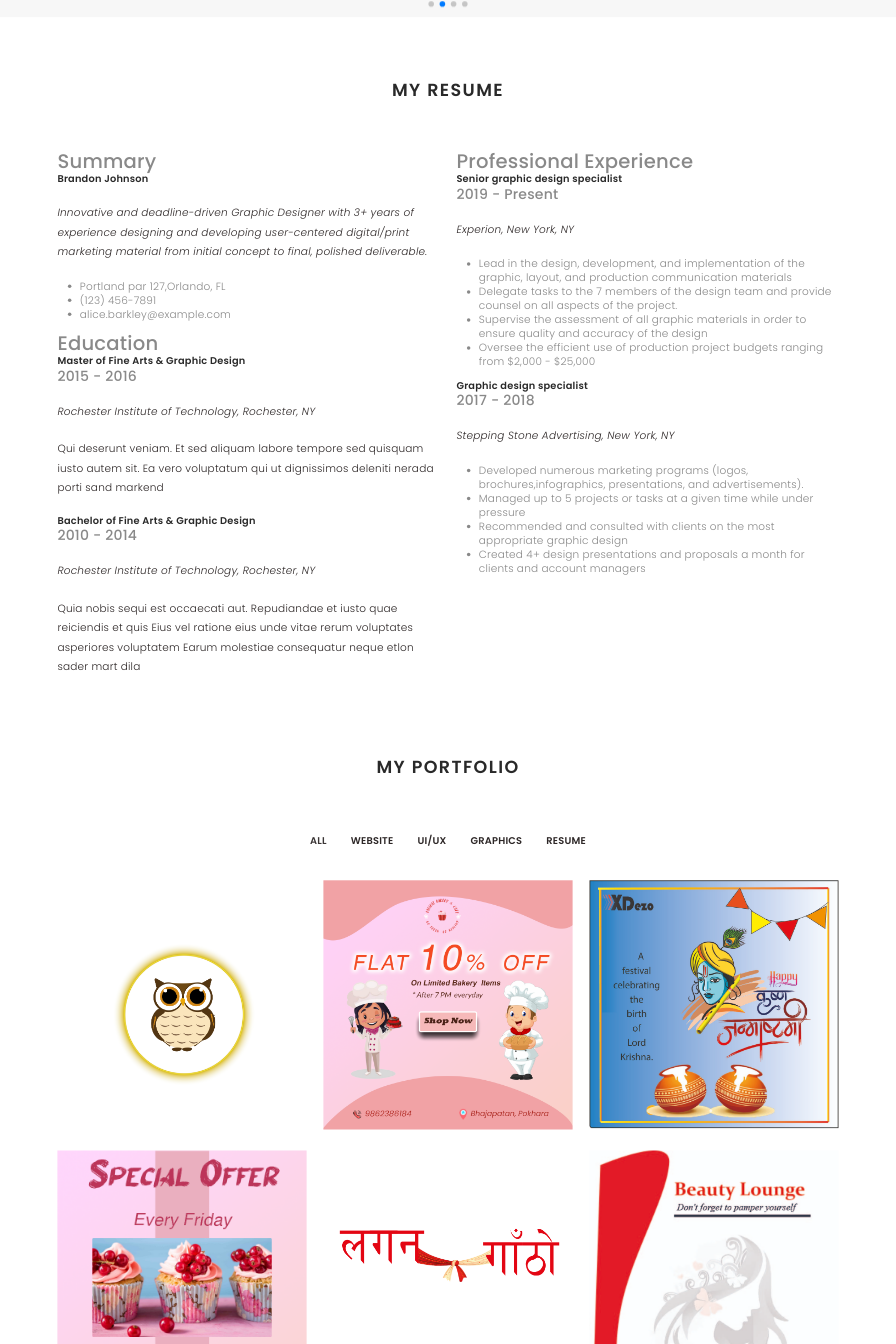
Repository: sandhya8109/portfolio
Page: index.html
These files come from the project's save history. The page is drawn as it stood at one moment and after the next save; the edit follows.
The browser window is 1280 px wide. The pictures show the part of the page from y = 1591 to 3511 px (the page is 5347 px tall before and 5220 px after), at 70% of full size.
Some web fonts or font styles are not loaded; a fallback is used.

Above is the page before, as saved 2023-11-20 19:50:48.

### index.html
<!DOCTYPE html>
<html lang="en">

<head>
  <meta charset="utf-8">
  <meta content="width=device-width, initial-scale=1.0" name="viewport">

  <title>Sandhya's portfolio</title>
  <meta content="" name="description">
  <meta content="" name="keywords">

  <!-- Favicons -->
  <link href="assets/img/logo.png" rel="icon">
  <link href="assets/img/apple-touch-icon.png" rel="apple-touch-icon">

  <!-- Google Fonts -->
  <link href="https://fonts.googleapis.com/css?family=Poppins:300,300i,400,400i,500,500i,600,600i,700,700i|Playfair+Display:400,400i,500,500i,600,600i,700,700i,900,900i" rel="stylesheet">

  <!-- Vendor CSS Files -->
  <link href="assets/vendor/bootstrap/css/bootstrap.min.css" rel="stylesheet">
  <link href="assets/vendor/bootstrap-icons/bootstrap-icons.css" rel="stylesheet">
  <link href="assets/vendor/boxicons/css/boxicons.min.css" rel="stylesheet">
  <link href="assets/vendor/glightbox/css/glightbox.min.css" rel="stylesheet">
  <link href="assets/vendor/swiper/swiper-bundle.min.css" rel="stylesheet">

  <!-- Template Main CSS File -->
  <link href="assets/css/style.css" rel="stylesheet">
</head>

<body>

  <!-- ======= Header ======= -->
  <header id="header" class="fixed-top ">
    <div class="container d-flex align-items-center justify-content-between">

      <a href="index.html" class="logo"><img src="assets/img/logo.png" alt="" class="img-fluid"></a>
      <!-- Uncomment below if you prefer to use an text logo -->
      <!-- <h1 class="logo"><a href="index.html">Sandy Portfolio</a></h1> -->

      <nav id="navbar" class="navbar">
        <ul>
          <li><a class="nav-link scrollto active" href="#hero">Home</a></li>
          <li><a class="nav-link scrollto" href="#about">About</a></li>
          <li><a class="nav-link  scrollto" href="#portfolio">Portfolio</a></li>
          <li><a class="nav-link  scrollto" href="#journal">Blog</a></li>
          <li><a class="nav-link scrollto" href="#resume">Resume</a></li>
          <li class="dropdown"><a href="#"><span>Resume</span> <i class="bi bi-chevron-down"></i></a>
            <ul>
              <li><a href="#">Resume</a></li>
              <li class="dropdown"><a href="#"><span>Deep Drop Down</span> <i class="bi bi-chevron-right"></i></a>
                <ul>
                  <li><a href="#">Deep Drop Down 1</a></li>
                  <li><a href="#">Deep Drop Down 2</a></li>
                  <li><a href="#">Deep Drop Down 3</a></li>
                  <li><a href="#">Deep Drop Down 4</a></li>
                  <li><a href="#">Deep Drop Down 5</a></li>
                </ul>
              </li>
              <li><a href="#">Drop Down 2</a></li>
              <li><a href="#">Drop Down 3</a></li>
              <li><a href="#">Drop Down 4</a></li>
            </ul>
          </li>
          <li><a class="nav-link scrollto" href="#contact">Contact</a></li>
        </ul>
        <i class="bi bi-list mobile-nav-toggle"></i>
      </nav><!-- .navbar -->

    </div>
  </header><!-- End Header -->

  <!-- ======= Hero Section ======= -->
  <div id="hero" class="home">

    <div class="container">
      <div class="hero-content">
        <h1>I'm  <span class="typed" data-typed-items="Sandhya Rimal, Web Developer,UI/UX Designer, Digital Marketer,Graphics Designer, Transcriber"></span></h1>
        <p>Web Developer, UI/UX Designer, Digital Marketer, Graphics Designer, Transcriber</p>

        <ul class="list-unstyled list-social">
          <li><a href="https://www.facebook.com/sandhya809/"><i class="bi bi-facebook"></i></a></li>
          <li><a href="https://github.com/sandhya8109"><i class="bi bi-github"></i></a></li>
          <li><a href="https://www.instagram.com/8109_sandy/"><i class="bi bi-instagram"></i></a></li>
          <li><a href="https://www.linkedin.com/in/sandhya-rimal-7470601b7/"><i class="bi bi-linkedin"></i></a></li>
        </ul>
      </div>
    </div>
  </div><!-- End Hero -->

  <main id="main">

    <!-- ======= About Section ======= -->
    <div id="about" class="paddsection">
      <div class="container">
        <div class="row justify-content-between">

          <div class="col-lg-4 ">
            <div class="div-img-bg">
              <div class="about-img">
                <img src="assets/img/me.jpg" class="img-responsive" alt="me">
              </div>
            </div>
          </div>

          <div class="col-lg-7">
            <div class="about-descr">

              <h2>About Me </h2>
              <p class="separator">Welcome to my portfolio! I am Sandhya Rimal, a versatile professional skilled in Web Development, Digital Marketing, UI/UX Design, Transcription, and Graphics Design. Based in Pokhara, I have a passion for crafting engaging digital experiences and delivering high-quality services to clients from various industries.</p>

            </div>

          </div>
        </div>
      </div>
    </div><!-- End About Section -->


    <!-- ======= Services Section ======= -->
    <div id="services">
      <div class="container">

        <div class="services-slider swiper" data-aos="fade-up" data-aos-delay="100">
          <div class="swiper-wrapper">

            <div class="swiper-slide">
              <div class="services-block">
                <i class="bi bi-briefcase"></i>
                <span>UI/UX DESIGN</span>
                <p class="separator">
                  Seamless UX/UI | Stunning interfaces | User-centric designs | Aesthetic & functional balance | Keen eye for detail.</p>
              </div>
            </div><!-- End testimonial item -->

            <div class="swiper-slide">
              <div class="services-block">
                <i class="bi bi-card-checklist"></i>
                <span>Web Development</span>
                <p class="separator">
                  Experienced Web Developer skilled in Wordpress, HTML, CSS, JavaScript, PHP and frameworks. Creates user-friendly, captivating websites for clients' unique needs.</p>
              </div>
                           </div><!-- End testimonial item -->
            <div class="swiper-slide">
              <div class="services-block">
                <i class="bi bi-bar-chart"></i>
                <span>Digital Marketing</span>
                <p class="separator">
                  Data-driven marketer | Boost brand visibility | Lead generation | Conversion optimization | SEO, social media, content expert.</p>
              </div>
            </div><!-- End testimonial item -->
            <div class="swiper-slide">
              <div class="services-block">
                <i class="bi bi-binoculars"></i>
                <span>Graphics Designing</span>
                <p class="separator">
                  Boundless creativity | Branding, logos, marketing | Eye-catching social media | Industry-leading tools | Idea to reality.</p>
              </div>
                            </div><!-- End testimonial item -->

            </div><!-- End testimonial item -->



          </div>
          <div class="swiper-pagination"></div>
        </div>

      </div>

    </div><!-- End Services Section -->
    <div id="resume" class="paddsection">

      <div class="container">
        <div class="section-title text-center">
          <h2>My Resume</h2>
        </div>
      </div>
      <div class="container aos-init aos-animate" data-aos="fade-up">



        <div class="row">
          <div class="col-lg-6">
            <h3 class="resume-title">Summary</h3>
            <div class="resume-item pb-0">
              <h4>Brandon Johnson</h4>
              <p><em>Innovative and deadline-driven Graphic Designer with 3+ years of experience designing and developing user-centered digital/print marketing material from initial concept to final, polished deliverable.</em></p>
              <ul>
                <li>Portland par 127,Orlando, FL</li>
                <li>(123) 456-7891</li>
                <li>alice.barkley@example.com</li>
              </ul>
            </div>

            <h3 class="resume-title">Education</h3>
            <div class="resume-item">
              <h4>Master of Fine Arts &amp; Graphic Design</h4>
              <h5>2015 - 2016</h5>
              <p><em>Rochester Institute of Technology, Rochester, NY</em></p>
              <p>Qui deserunt veniam. Et sed aliquam labore tempore sed quisquam iusto autem sit. Ea vero voluptatum qui ut dignissimos deleniti nerada porti sand markend</p>
            </div>
            <div class="resume-item">
              <h4>Bachelor of Fine Arts &amp; Graphic Design</h4>
              <h5>2010 - 2014</h5>
              <p><em>Rochester Institute of Technology, Rochester, NY</em></p>
              <p>Quia nobis sequi est occaecati aut. Repudiandae et iusto quae reiciendis et quis Eius vel ratione eius unde vitae rerum voluptates asperiores voluptatem Earum molestiae consequatur neque etlon sader mart dila</p>
            </div>
          </div>
          <div class="col-lg-6">
            <h3 class="resume-title">Professional Experience</h3>
            <div class="resume-item">
              <h4>Senior graphic design specialist</h4>
              <h5>2019 - Present</h5>
              <p><em>Experion, New York, NY </em></p>
              <ul>
                <li>Lead in the design, development, and implementation of the graphic, layout, and production communication materials</li>
                <li>Delegate tasks to the 7 members of the design team and provide counsel on all aspects of the project. </li>
                <li>Supervise the assessment of all graphic materials in order to ensure quality and accuracy of the design</li>
                <li>Oversee the efficient use of production project budgets ranging from $2,000 - $25,000</li>
              </ul>
            </div>
            <div class="resume-item">
              <h4>Graphic design specialist</h4>
              <h5>2017 - 2018</h5>
              <p><em>Stepping Stone Advertising, New York, NY</em></p>
              <ul>
                <li>Developed numerous marketing programs (logos, brochures,infographics, presentations, and advertisements).</li>
                <li>Managed up to 5 projects or tasks at a given time while under pressure</li>
                <li>Recommended and consulted with clients on the most appropriate graphic design</li>
                <li>Created 4+ design presentations and proposals a month for clients and account managers</li>
              </ul>
            </div>
          </div>
        </div>

      </div>
    </section>
    <!-- ======= Portfolio Section ======= -->
    <div id="portfolio" class="paddsection">

      <div class="container">
        <div class="section-title text-center">
          <h2>My Portfolio</h2>
        </div>
      </div>

      <div class="container">

        <div class="row">
          <div class="col-lg-12 d-flex justify-content-center">
            <ul id="portfolio-flters">
              <li data-filter="*" class="filter-active">All</li>
              <li data-filter=".filter-app">Website</li>
              <li data-filter=".filter-card">UI/UX</li>
              <li data-filter=".filter-web">Graphics</li>
              <li data-filter=".filter-resume">Resume</li>
            </ul>
          </div>
        </div>

        <div class="row portfolio-container">

          <div class="col-lg-4 col-md-6 portfolio-item filter-app">
            <img src="assets/img/portfolio/owl.png" class="img-fluid" alt="">
            <div class="portfolio-info">
              <h4>Hope Ability</h4>
              <p>PHP</p>
              <a href="assets/img/portfolio/owl.png" data-gallery="portfolioGallery" class="portfolio-lightbox preview-link" title="App 1"><i class="bx bx-plus"></i></a>
              <a href="portfolio-details.html" class="details-link" title="More Details"><i class="bx bx-link"></i></a>
            </div>
          </div>

          <div class="col-lg-4 col-md-6 portfolio-item filter-web">
            <img src="assets/img/portfolio/final banner.png" class="img-fluid" alt="">
            <div class="portfolio-info">
              <h4>Gurung Bakery</h4>
              <p>Illustrator</p>
              <a href="assets/img/portfolio/final banner.png" data-gallery="portfolioGallery" class="portfolio-lightbox preview-link" title="Web 3"><i class="bx bx-plus"></i></a>
              <a href="portfolio-details.html" class="details-link" title="More Details"><i class="bx bx-link"></i></a>
            </div>
          </div>

          <div class="col-lg-4 col-md-6 portfolio-item filter-web">
            <img src="assets/img/portfolio/krishna janmastami.jpg" class="img-fluid" alt="">
            <div class="portfolio-info">
              <h4>App 2</h4>
              <p>App</p>
              <a href="assets/img/portfolio/krishna janmastami.jpg" data-gallery="portfolioGallery" class="portfolio-lightbox preview-link" title="App 2"><i class="bx bx-plus"></i></a>
              <a href="portfolio-details.html" class="details-link" title="More Details"><i class="bx bx-link"></i></a>
            </div>
          </div>

          <div class="col-lg-4 col-md-6 portfolio-item filter-card">
            <img src="assets/img/portfolio/flyer.png" class="img-fluid" alt="">
            <div class="portfolio-info">
              <h4>Card 2</h4>
              <p>Card</p>
              <a href="assets/img/portfolio/flyer.png" data-gallery="portfolioGallery" class="portfolio-lightbox preview-link" title="Card 2"><i class="bx bx-plus"></i></a>
              <a href="portfolio-details.html" class="details-link" title="More Details"><i class="bx bx-link"></i></a>
            </div>
          </div>

          <div class="col-lg-4 col-md-6 portfolio-item filter-web">
            <img src="assets/img/portfolio/lagan.png" class="img-fluid" alt="">
            <div class="portfolio-info">
              <h4>Web 2</h4>
              <p>Web</p>
              <a href="assets/img/portfolio/lagan.png" data-gallery="portfolioGallery" class="portfolio-lightbox preview-link" title="Web 2"><i class="bx bx-plus"></i></a>
              <a href="portfolio-details.html" class="details-link" title="More Details"><i class="bx bx-link"></i></a>
            </div>
          </div>

          <div class="col-lg-4 col-md-6 portfolio-item filter-app">
            <img src="assets/img/portfolio/letter head.jpg" class="img-fluid" alt="">
            <div class="portfolio-info">
              <h4>App 3</h4>
              <p>App</p>
              <a href="assets/img/portfolio/letter head.jpg" data-gallery="portfolioGallery" class="portfolio-lightbox preview-link" title="App 3"><i class="bx bx-plus"></i></a>
              <a href="portfolio-details.html" class="details-link" title="More Details"><i class="bx bx-link"></i></a>
            </div>
          </div>

        </div>

      </div>

    </div><!-- End Portfolio Section -->

    <!-- ======= Journal Section ======= -->
    <div id="journal" class="text-left paddsection">

      <div class="container">
        <div class="section-title text-center">
          <h2>Short Blog</h2>
        </div>
      </div>

      <div class="container">
        <div class="journal-block">
          <div class="row">

            <div class="col-lg-4 col-md-6">
              <div class="journal-info">

                <a href="blog-single.html"><img src="assets/img/blog-post-1.JPG" class="img-responsive" alt="img"></a>

                <div class="journal-txt">

                  <h4><a href="blog-single.html">Story of Dog</a></h4>
                  <p class="separator">To an English person, it will seem like simplified English
                  </p>

                </div>

              </div>
            </div>

            <div class="col-lg-4 col-md-6">
              <div class="journal-info">

                <a href="blog-single.html"><img src="assets/img/IMG_2219.JPG" class="img-responsive" alt="img"></a>

                <div class="journal-txt">

                  <h4><a href="blog-single.html">I Love You</a></h4>
                  <p class="separator">To an English person, it will seem like simplified English
                  </p>

                </div>

              </div>
            </div>

            <div class="col-lg-4 col-md-6">
              <div class="journal-info">

                <a href="blog-single.html"><img src="assets/img/blog-post-1.JPG" class="img-responsive" alt="img"></a>

                <div class="journal-txt">

                  <h4><a href="blog-single.html">Why?</a></h4>
                  <p class="separator">To an English person, it will seem like simplified English
                  </p>

                </div>

              </div>
            </div>

          </div>
        </div>
      </div>

    </div><!-- End Journal Section -->

    <!-- ======= Contact Section ======= -->
    <div id="contact" class="paddsection">
      <div class="container">
        <div class="contact-block1">
          <div class="row">

            <div class="col-lg-6">
              <div class="contact-contact">

                <h2 class="mb-30">GET IN TOUCH</h2>

                <ul class="contact-details">
                  <li><span>Bhajapatan-13</span></li>
                  <li><span>Pokhara, Nepal</span></li>
                  <li><span>+977 9862386184</span></li>
                  <li><span>sandyrimal07@gmail.com</span></li>
                </ul>

              </div>
            </div>

            <div class="col-lg-6">
              <form action="forms/contact.php" method="post" role="form" class="php-email-form">
                <div class="row gy-3">

                  <div class="col-lg-6">
                    <div class="form-group contact-block1">
                      <input type="text" name="name" class="form-control" id="name" placeholder="Your Name" required>
                    </div>
                  </div>

                  <div class="col-lg-6">
                    <div class="form-group">
                      <input type="email" class="form-control" name="email" id="email" placeholder="Your Email" required>
                    </div>
                  </div>

                  <div class="col-lg-12">
                    <div class="form-group">
                      <input type="text" class="form-control" name="subject" id="subject" placeholder="Subject" required>
                    </div>
                  </div>

                  <div class="col-lg-12">
                    <div class="form-group">
                      <textarea class="form-control" name="message" placeholder="Message" required></textarea>
                    </div>
                  </div>

                  <div class="col-lg-12">
                    <div class="loading">Loading</div>
                    <div class="error-message"></div>
                    <div class="sent-message">Your message has been sent. Thank you!</div>
                  </div>

                  <div class="mt-0">
                    <input type="submit" class="btn btn-defeault btn-send" value="Send message">
                  </div>

                </div>
              </form>
            </div>
          </div>
        </div>
      </div>
    </div><!-- End Contact Section -->

  </main><!-- End #main -->

  <!-- ======= Footer ======= -->
  <div id="footer" class="text-center">
    <div class="container">
      <div class="socials-media text-center">

        <ul class="list-unstyled">
          <li><a href="#"><i class="bi bi-facebook"></i></a></li>
          <li><a href="#"><i class="bi bi-github"></i></a></li>
          <li><a href="#"><i class="bi bi-instagram"></i></a></li>
          <li><a href="#"><i class="bi bi-linkedin"></i></a></li>
        </ul>

      </div>

      <p>&copy; Copyrights Sandy All rights reserved.</p>

      <div class="credits">Designed by <a href="https://bootstrapmade.com/">sandhyarimal.com.np</a>
      </div>

    </div>
  </div><!-- End Footer -->

  <a href="#" class="back-to-top d-flex align-items-center justify-content-center"><i class="bi bi-arrow-up-short"></i></a>

  <!-- Vendor JS Files -->
  <script src="assets/vendor/bootstrap/js/bootstrap.bundle.min.js"></script>
  <script src="assets/vendor/glightbox/js/glightbox.min.js"></script>
  <script src="assets/vendor/isotope-layout/isotope.pkgd.min.js"></script>
  <script src="assets/vendor/swiper/swiper-bundle.min.js"></script>
  <script src="assets/vendor/typed.js/typed.umd.js"></script>
  <script src="assets/vendor/php-email-form/validate.js"></script>

  <!-- Template Main JS File -->
  <script src="assets/js/main.js"></script>

</body>

</html>

Loaded but not shown: assets/vendor/bootstrap/css/bootstrap.min.css (library); assets/vendor/bootstrap-icons/bootstrap-icons.css (library); assets/vendor/boxicons/css/boxicons.min.css (library); assets/vendor/glightbox/css/glightbox.min.css (library); assets/vendor/swiper/swiper-bundle.min.css (library); assets/vendor/bootstrap/js/bootstrap.bundle.min.js (library); assets/vendor/glightbox/js/glightbox.min.js (library); assets/vendor/isotope-layout/isotope.pkgd.min.js (library); assets/vendor/swiper/swiper-bundle.min.js (library); assets/vendor/typed.js/typed.umd.js (library); assets/vendor/php-email-form/validate.js (common file); assets/js/main.js (263 lines, source omitted); assets/css/style.css (1547 lines, source omitted)

After the next save:
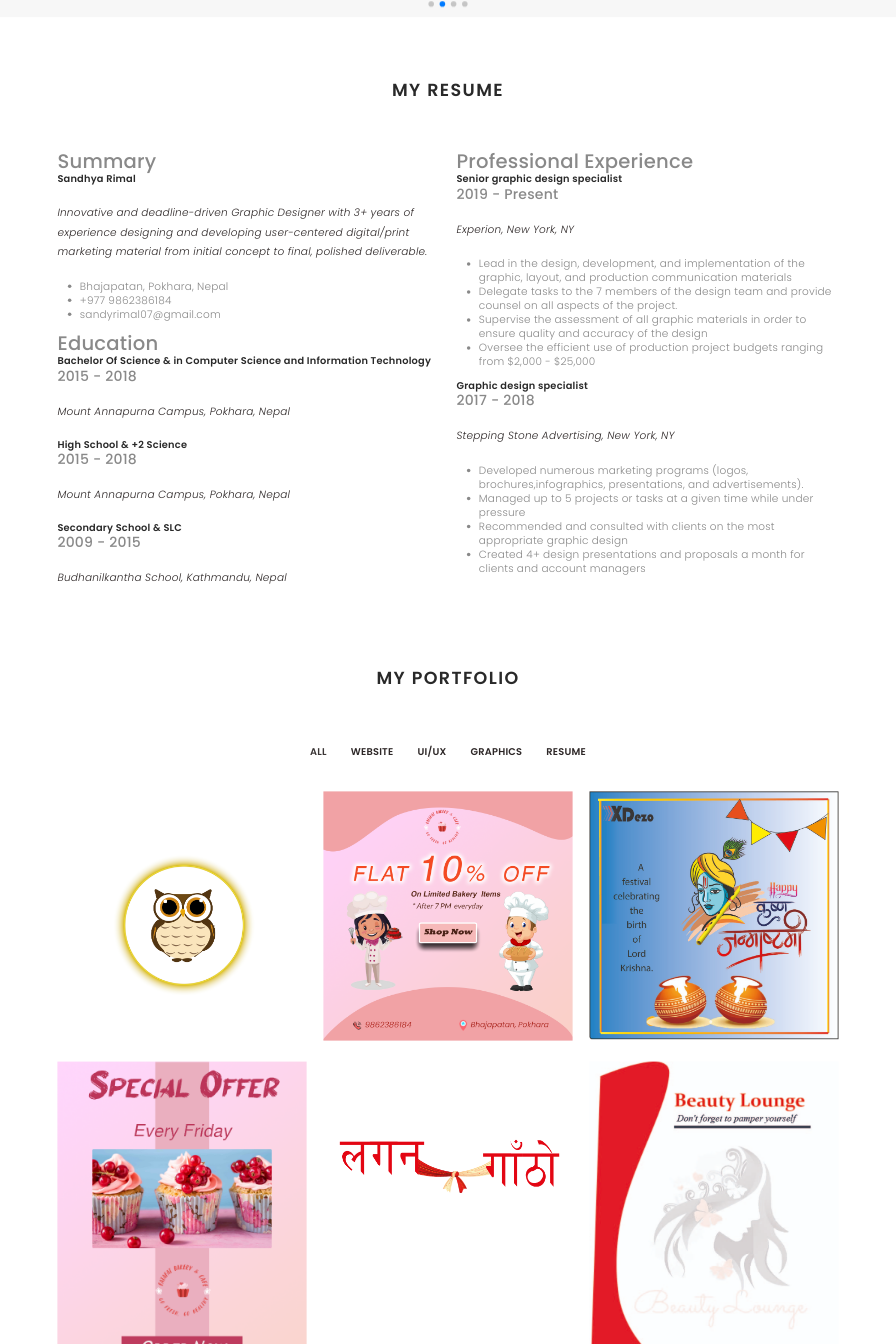
Saved 4 min 54 s later.
--- a/index.html
+++ b/index.html
@@ -183,28 +183,31 @@
           <div class="col-lg-6">
             <h3 class="resume-title">Summary</h3>
             <div class="resume-item pb-0">
-              <h4>Brandon Johnson</h4>
+              <h4>Sandhya Rimal</h4>
               <p><em>Innovative and deadline-driven Graphic Designer with 3+ years of experience designing and developing user-centered digital/print marketing material from initial concept to final, polished deliverable.</em></p>
               <ul>
-                <li>Portland par 127,Orlando, FL</li>
-                <li>(123) 456-7891</li>
-                <li>alice.barkley@example.com</li>
+                <li>Bhajapatan, Pokhara, Nepal</li>
+                <li>+977 9862386184</li>
+                <li>sandyrimal07@gmail.com</li>
               </ul>
             </div>
 
             <h3 class="resume-title">Education</h3>
             <div class="resume-item">
-              <h4>Master of Fine Arts &amp; Graphic Design</h4>
-              <h5>2015 - 2016</h5>
-              <p><em>Rochester Institute of Technology, Rochester, NY</em></p>
-              <p>Qui deserunt veniam. Et sed aliquam labore tempore sed quisquam iusto autem sit. Ea vero voluptatum qui ut dignissimos deleniti nerada porti sand markend</p>
+              <h4>Bachelor Of Science &amp; in Computer Science and Information Technology</h4>
+              <h5>2015 - 2018</h5>
+              <p><em>Mount Annapurna Campus, Pokhara, Nepal</em></p>
             </div>
             <div class="resume-item">
-              <h4>Bachelor of Fine Arts &amp; Graphic Design</h4>
-              <h5>2010 - 2014</h5>
-              <p><em>Rochester Institute of Technology, Rochester, NY</em></p>
-              <p>Quia nobis sequi est occaecati aut. Repudiandae et iusto quae reiciendis et quis Eius vel ratione eius unde vitae rerum voluptates asperiores voluptatem Earum molestiae consequatur neque etlon sader mart dila</p>
-            </div>
+              <h4>High School &amp; +2 Science</h4>
+              <h5>2015 - 2018</h5>
+              <p><em>Mount Annapurna Campus, Pokhara, Nepal</em></p>
+            </div>
+            <div class="resume-item">
+              <h4>Secondary School &amp; SLC</h4>
+              <h5>2009 - 2015</h5>
+              <p><em>Budhanilkantha School, Kathmandu, Nepal</em></p>
+                          </div>
           </div>
           <div class="col-lg-6">
             <h3 class="resume-title">Professional Experience</h3>
